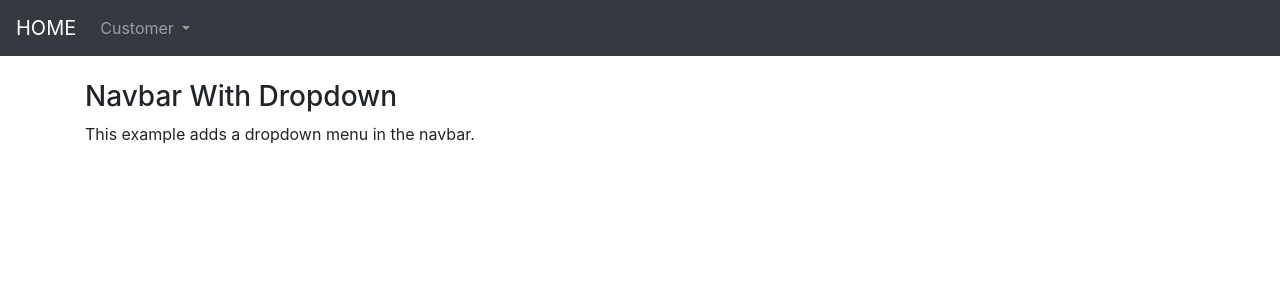
Repository: ParamMalik/Project-1
Page: http://localhost/projectcustomer/
An editor plug-in stored every save of this project. The page is shown before and after the next save, followed by the edit.
The browser window is 1280 px wide. The pictures show the whole page.
The page is served by Tomcat 9. Other server files are loaded and not shown.

Above is the page before, as saved 2021-12-04 11:24:21.

### Trantor Project 1/projectcustomer/src/main/webapp/index.jsp
<!DOCTYPE html>
<html lang="en">
<head>
<title>Bootstrap Example</title>
<meta charset="utf-8">
<meta name="viewport" content="width=device-width, initial-scale=1">
<link rel="stylesheet"
	href="https://maxcdn.bootstrapcdn.com/bootstrap/4.5.2/css/bootstrap.min.css">
<script
	src="https://ajax.googleapis.com/ajax/libs/jquery/3.5.1/jquery.min.js"></script>
<script
	src="https://cdnjs.cloudflare.com/ajax/libs/popper.js/1.16.0/umd/popper.min.js"></script>
<script
	src="https://maxcdn.bootstrapcdn.com/bootstrap/4.5.2/js/bootstrap.min.js"></script>
</head>
<body>
	<form action="welcome">

		<nav class="navbar navbar-expand-sm bg-dark navbar-dark" style="background: #1abc9c">
			<!-- Brand -->
			<a class="navbar-brand" href="welcome">HOME</a>

			<!-- Links -->
			<ul class="navbar-nav">


				<!-- Dropdown -->
				<li class="nav-item dropdown"><a
					class="nav-link dropdown-toggle" href="#" id="navbardrop"
					data-toggle="dropdown"> Customer </a>
					<div class="dropdown-menu">
						<a class="dropdown-item" href="/add">Add Customer</a> <a
							class="dropdown-item" href="/remove">Remove Customer</a> <a
							class="dropdown-item" href="/search">Search Customer</a> <a
							class="dropdown-item" href="/update">Update Customer</a>
					</div></li>
			</ul>
		</nav>
		<br>

		<div class="container">
			<h3>Navbar With Dropdown</h3>
			<p>This example adds a dropdown menu in the navbar.</p>
		</div>


	</form>

</body>
</html>

After the next save:
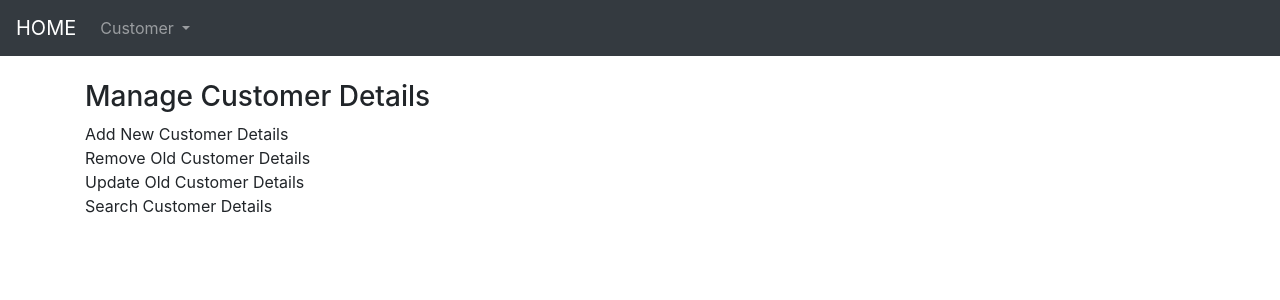
Saved 4 min 8 s later.
--- a/Trantor Project 1/projectcustomer/src/main/webapp/index.jsp
+++ b/Trantor Project 1/projectcustomer/src/main/webapp/index.jsp
@@ -39,8 +39,15 @@
 		<br>
 
 		<div class="container">
-			<h3>Navbar With Dropdown</h3>
-			<p>This example adds a dropdown menu in the navbar.</p>
+			<h3>Manage Customer Details</h3>
+			<div>Add New Customer Details
+			</div>
+			<div>Remove Old Customer Details
+			</div>
+			<div>Update Old  Customer Details
+			</div>
+			<div>Search Customer Details
+			</div>
 		</div>
 
 
